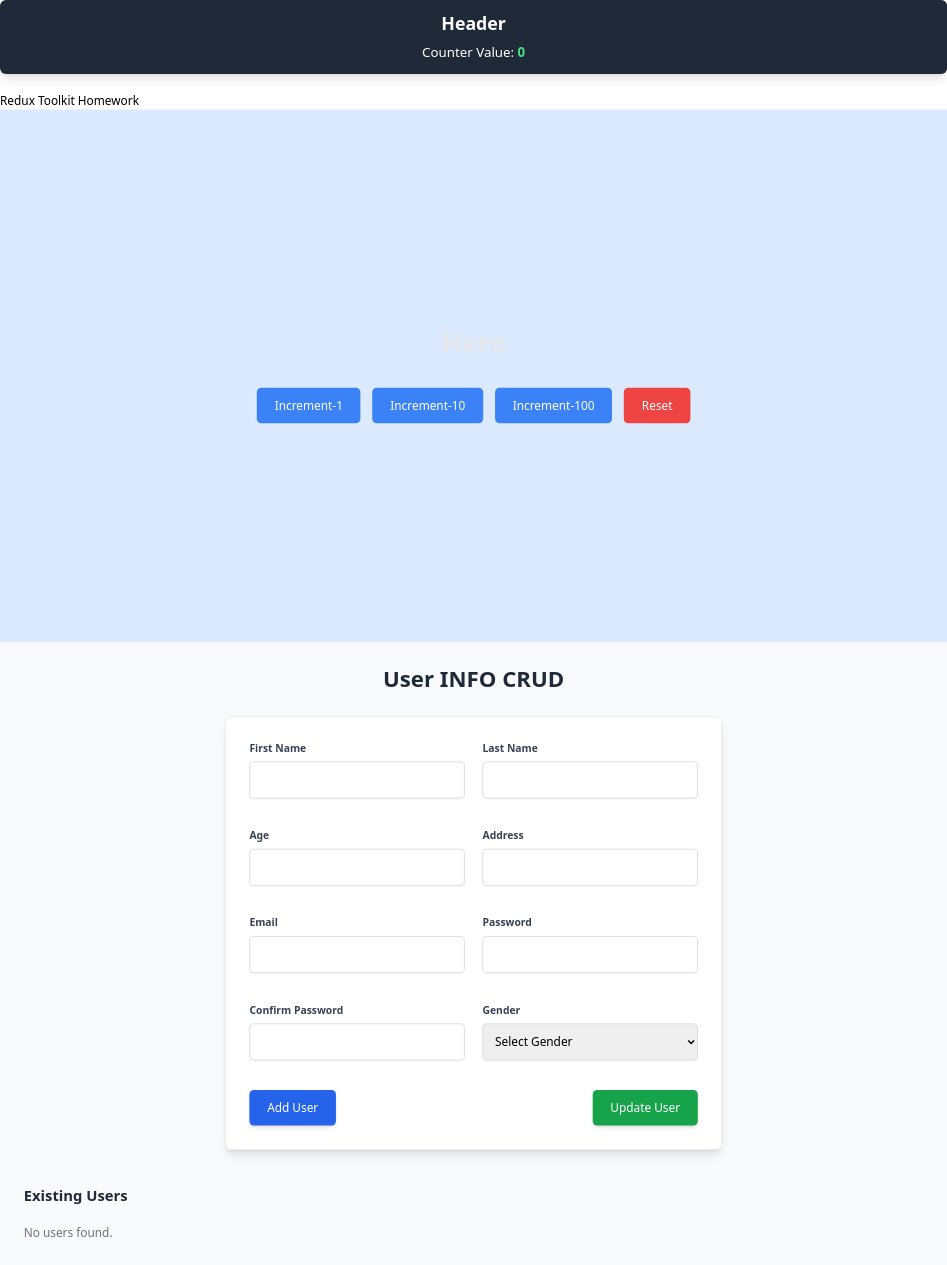
Repository: SitoraRashidova/userCrudFront
Page: /
The author's editor kept a copy of each file at every save. The page is drawn from the files as they stood at one save, then again after the next save.
The browser window is 1280 px wide. The pictures show the whole page, at 74% of full size.
The project was rebuilt for these pictures with package versions that can differ from the ones it lists, and the page was loaded fresh each time. Also part of the build but not shown: vite.config.js.

Above is the page before, as saved 2024-12-10 00:41:33.

After the next save:
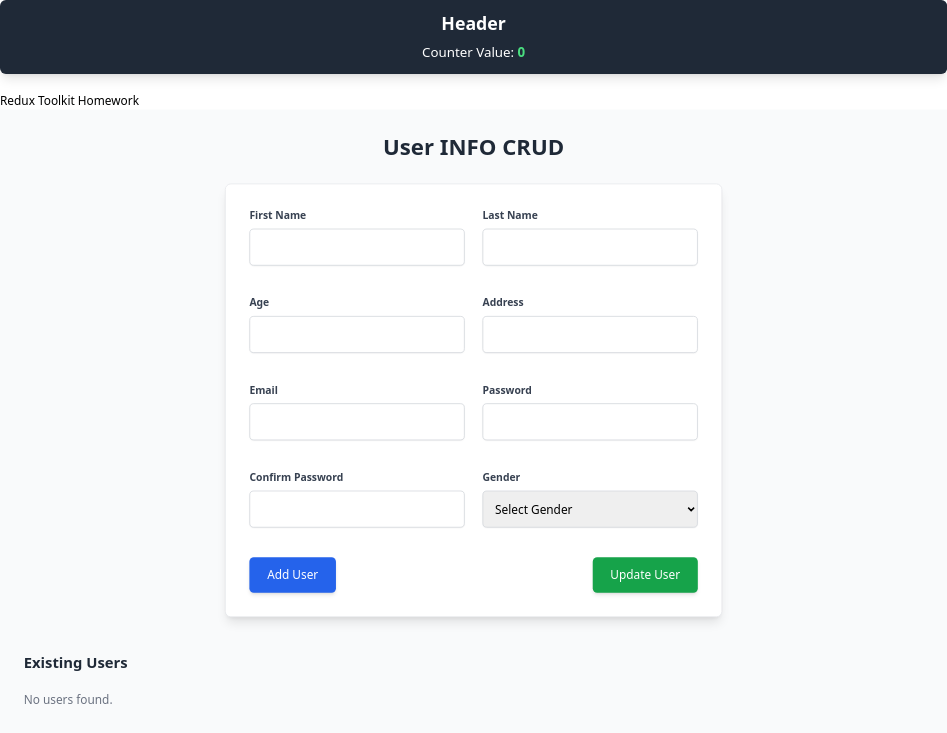
Saved 33 s later.
--- a/src/App.jsx
+++ b/src/App.jsx
@@ -8,7 +8,7 @@
     <>
       <Header />
       <h2>Redux Toolkit Homework</h2>
-      <Hero />
+      {/* <Hero /> */}
       <User />
     </>
   );
